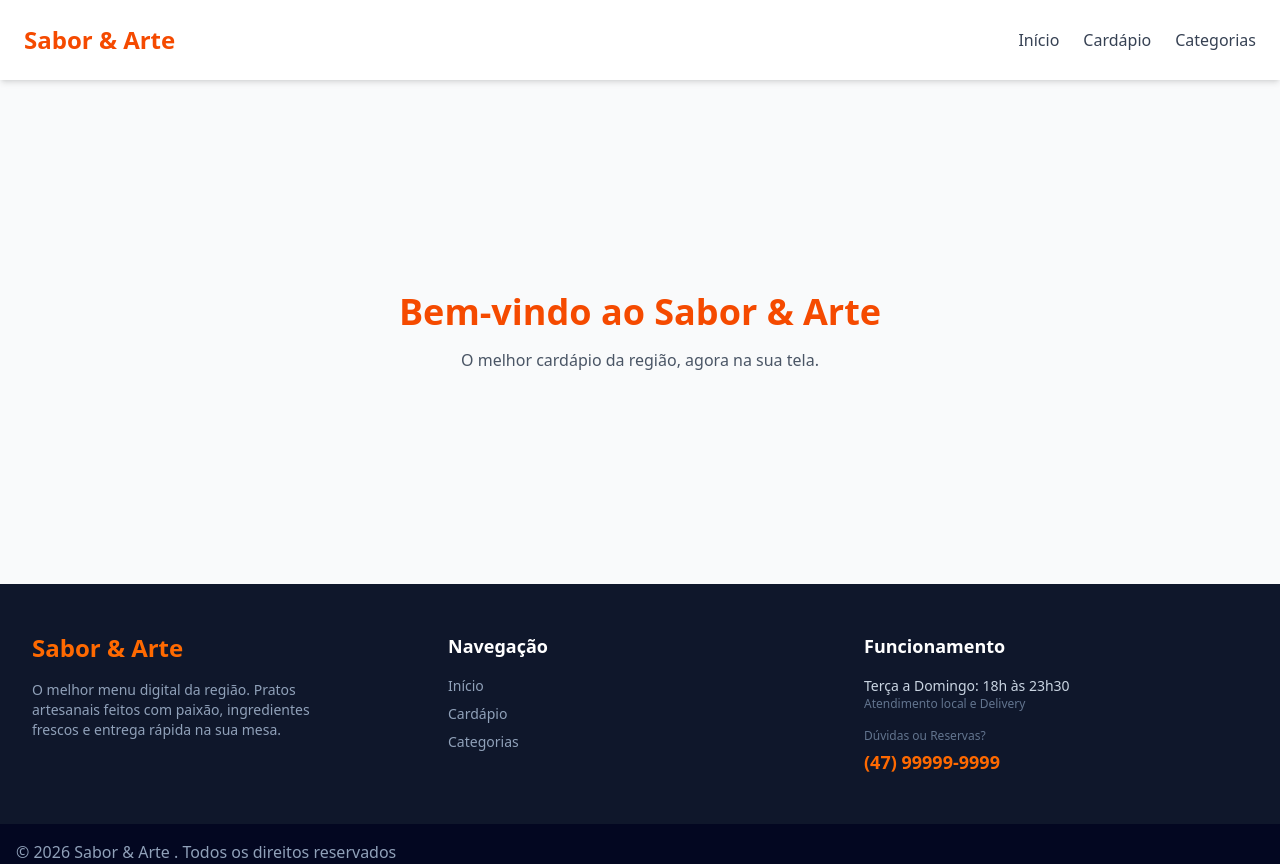
Repository: LuigiBLombardo/Next---Atividade
Page: / (app in sistema-cardapio/)
An editor plug-in stored every save of this project. The page is shown before and after the next save, followed by the edit.
The browser window is 1280 px wide. The pictures show the whole page.
The project was rebuilt for these pictures with package versions that can differ from the ones it lists, and the page was loaded fresh each time. The framework's server and built-in components were replaced by stand-ins that run in the browser. Also part of the build but not shown: sistema-cardapio/next.config.mjs.

Above is the page before, as saved 2026-09-04 20:48:08.

### sistema-cardapio/src/app/layout.js
import { Inter, Montserrat } from "next/font/google";
import "./globals.css";
import Navbar from "@/components/Navbar";
import Footer from "@/components/Footer";

const inter = Inter({ subsets: ["latin"], variable: "--font-inter" });

const montserrat = Montserrat({ subsets: ["latin"], variable: "--font-montserrat" });

export default function RootLayout({ children }) {
    return (
        <html lang="pt-br" className={`${inter.variable} ${montserrat.variable}`}>
            <body className="font-sans bg-gray-50 antialiased">
                <Navbar />
                {children}
                <Footer/>
            </body>
        </html>
);
}

### sistema-cardapio/src/app/page.js
import Image from "next/image";

export default function Home() {
  return (
    <main className="flex flex-col items-center justify-center min-h-[70vh]">
        <h1 className="text-4xl font-bold text-orange-600">Bem-vindo ao Sabor & Arte</h1>
        <p className="mt-4 text-gray-600">O melhor cardápio da região, agora na sua tela.</p>
    </main>
  );
}

### sistema-cardapio/src/components/Navbar.js
import Link from 'next/link';

export default function Navbar() {
    return (
        <nav className="flex items-center justify-between p-6 bg-white shadow-md">
            <h2 className="text-2xl font-bold text-orange-600">Sabor & Arte</h2>
            <div className="flex gap-6">
                <Link href="/" className="text-gray-700 hover:text-orange-600 font-medium">Início</Link>
                <Link href="/cardapio" className="text-gray-700 hover:text-orange-600 font-medium">Cardápio</Link>
                <Link href="/categorias" className="text-gray-700 hover:text-orange-600
font-medium">Categorias</Link>
            </div>
        </nav>
);
}

### sistema-cardapio/src/components/Footer.js
import Link from "next/link";

export default function Footer(){
    return (
            <footer className="w-full bg-slate-900 text-slate-400 pt-12">

                <div className="max-w-7xl mx-auto px-8 pb-12 grid grid-cols-1 md:grid-cols-3 gap-8 ">

                    <div>
                        <h2 className="text-2xl font-bold text-orange-500 mb-4">
                            Sabor & Arte
                        </h2>
                        <p className="text-sm max-w-xs text-slate-400">
                            O melhor menu digital da região. Pratos artesanais feitos com
                            paixão, ingredientes frescos e entrega rápida na sua mesa.
                        </p>
                    </div>

                    <div>
                        <h3 className="text-lg font-bold text-white mb-4">
                            Navegação
                        </h3>
                        <div className="flex flex-col gap-2 text-sm">

                            <Link href="/" className="hover:text-white transition">Início</Link>
                            <Link href="/cardapio" className="hover:text-white transition">Cardápio</Link>
                            <Link href="/categorias" className="hover:text-white transition">Categorias</Link>

                        </div>
                    </div>

                    <div>
                        <h3 className="text-lg font-bold text-white mb-4">
                            Funcionamento
                        </h3>
                        <p className="text-sm text-slate-300">
                            Terça a Domingo: 18h às 23h30
                        </p>
                        <p className="text-xs text-slate-500 mb-4">
                            Atendimento local e Delivery
                        </p>

                        <span className="block text-xs text-slate-500 mb-1">
                            Dúvidas ou Reservas?
                        </span>
                        <a className="text-lg font-bold text-orange-500 inline-block">
                            (47) 99999-9999
                        </a>
                    </div>
                </div>

                <div className="flex bg-[#030721] p-4 h-10 justify">
                    <p>
                        © 2026 Sabor & Arte . Todos os direitos reservados
                    </p>
                </div>

            </footer>
    )
}

Loaded but not shown: sistema-cardapio/src/app/globals.css (common file)

After the next save:
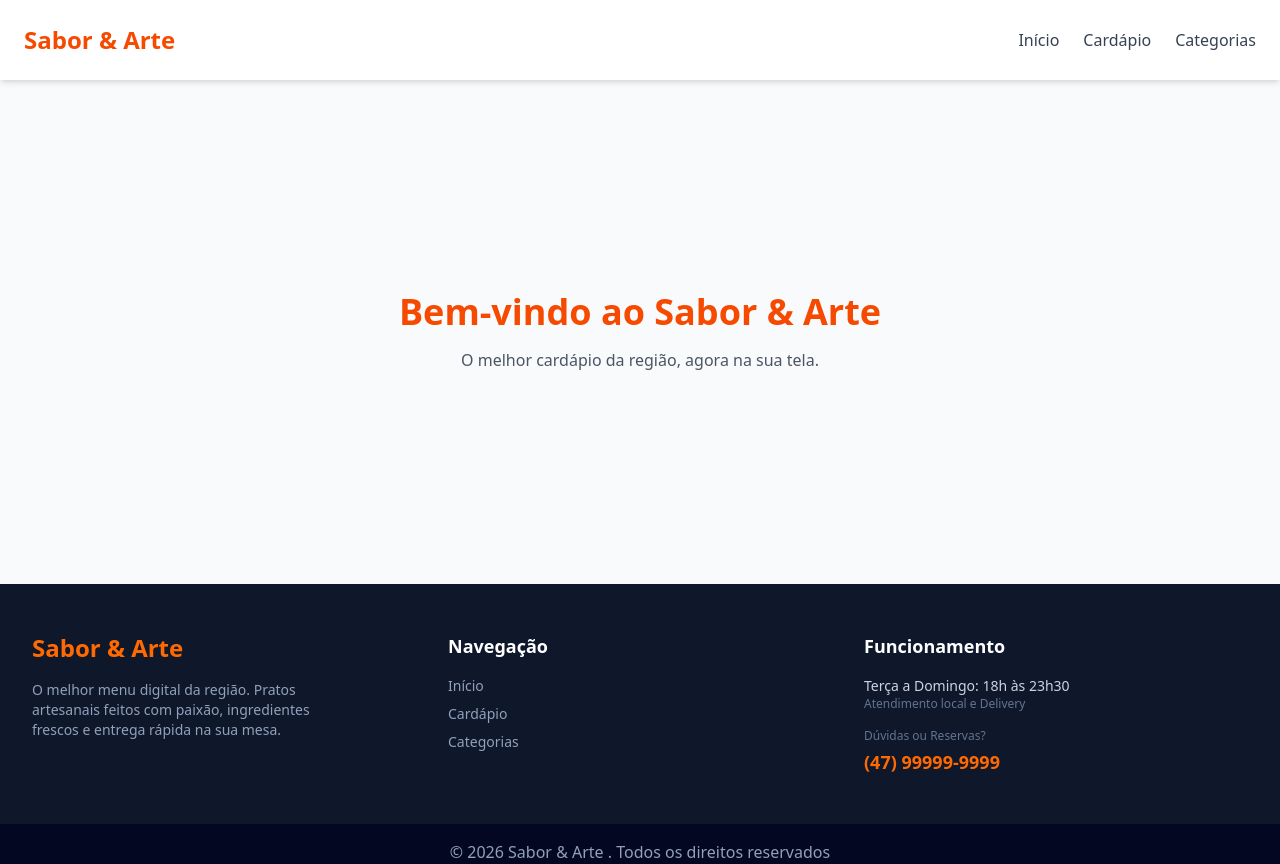
Saved 4 s later.
--- a/sistema-cardapio/src/components/Footer.js
+++ b/sistema-cardapio/src/components/Footer.js
@@ -49,7 +49,7 @@ export default function Footer(){
                     </div>
                 </div>
 
-                <div className="flex bg-[#030721] p-4 h-10 justify">
+                <div className="flex bg-[#030721] p-4 h-10 justify-center">
                     <p>
                         © 2026 Sabor & Arte . Todos os direitos reservados
                     </p>
